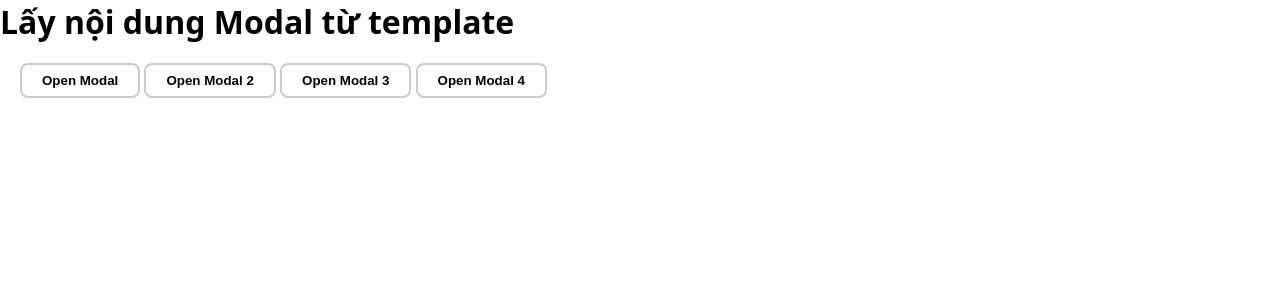
Repository: lannguyen1301/openix
Page: index.html
These files come from the project's save history. The page is drawn as it stood at one moment and after the next save; the edit follows.
The browser window is 1280 px wide. The pictures show the whole page.

Above is the page before, as saved 2025-06-21 06:29:41.

After the next save:
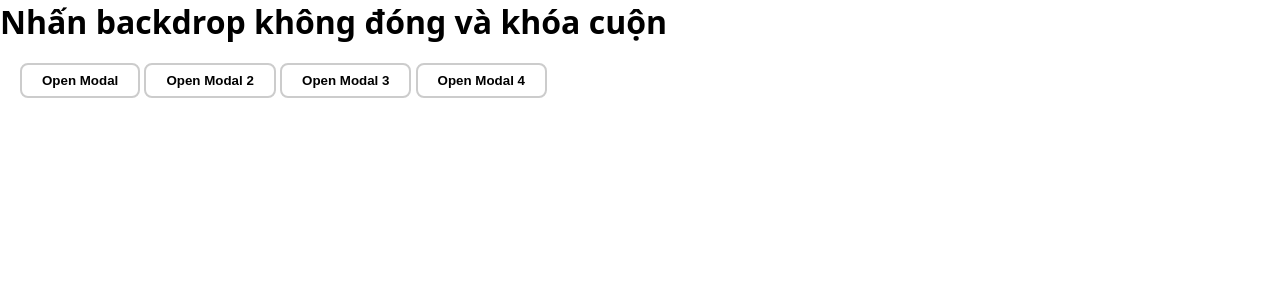
Saved 8 min 32 s later.
--- a/index.html
+++ b/index.html
@@ -4,12 +4,12 @@
 <head>
     <meta charset="UTF-8">
     <meta name="viewport" content="width=device-width, initial-scale=1.0">
-    <title>Lấy nội dung Modal từ template</title>
+    <title>Nhấn backdrop không đóng và khóa cuộn</title>
     <link rel="stylesheet" href="./style.css">
 </head>
 
 <body>
-    <h1>Lấy nội dung Modal từ template</h1>
+    <h1>Nhấn backdrop không đóng và khóa cuộn</h1>
 
     <main>
         <button id="open-modal-1" class="btn">Open Modal</button>
